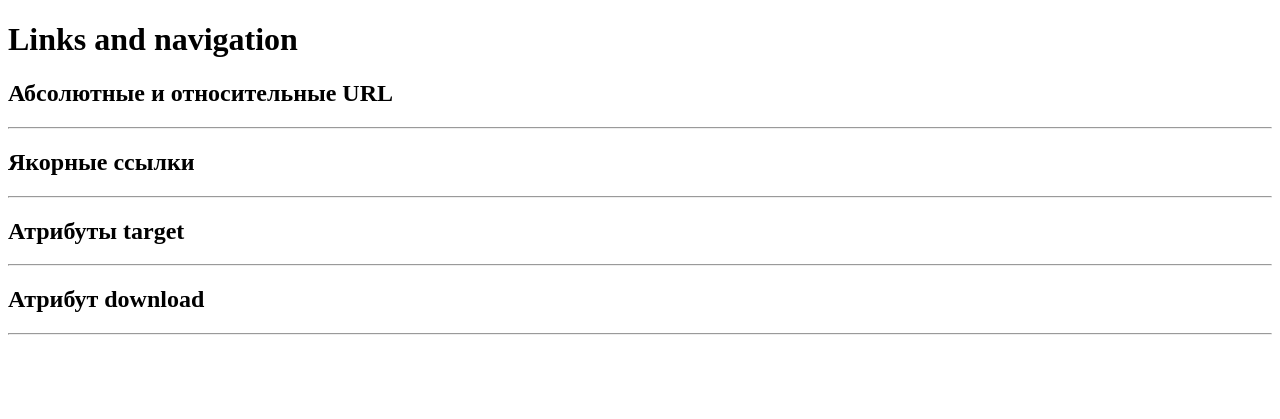
Repository: sannikovcode/exercises-a1
Page: JS/test1/task4/index.html
An editor plug-in stored every save of this project. The page is shown before and after the next save, followed by the edit.
The browser window is 1280 px wide. The pictures show the whole page.

Above is the page before, as saved 2025-10-17 10:22:44.

### JS/test1/task4/index.html
<!DOCTYPE html>
<html lang="en">

<head>
    <meta charset="UTF-8">
    <meta name="viewport" content="width=device-width, initial-scale=1.0">
    <title>88</title>
</head>
<h1>Links and navigation</h1>
<h2>Абсолютные и относительные URL</h2>

<hr>
<h2>Якорные ссылки</h2>
<hr>
<h2>Атрибуты target</h2>
<hr>
<h2>Атрибут download</h2>
<hr>


</body>

</html>

After the next save:
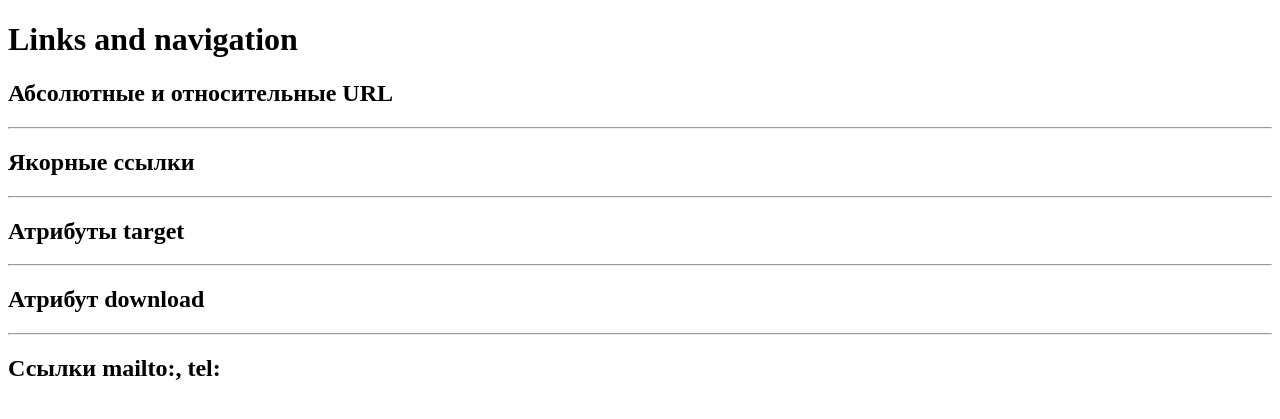
Saved 25 s later.
--- a/JS/test1/task4/index.html
+++ b/JS/test1/task4/index.html
@@ -16,7 +16,7 @@
 <hr>
 <h2>Атрибут download</h2>
 <hr>
-
+<h2>Ссылки mailto:, tel:</h2>
 
 </body>
 
